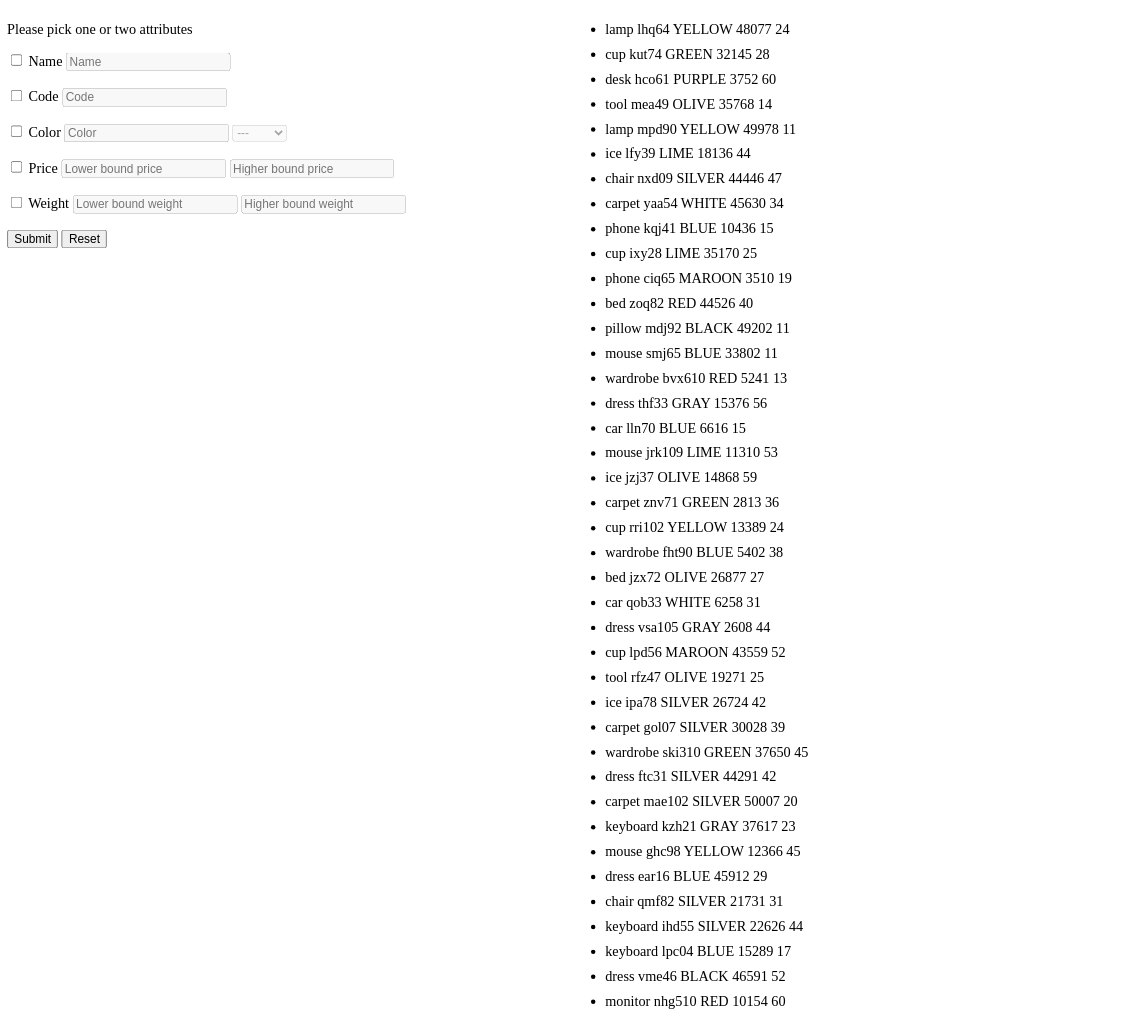
Repository: ISIT207-4-A/A1_C3_1
Page: home.html
These files come from the project's save history. The page is drawn as it stood at one moment and after the next save; the edit follows.
The browser window is 1280 px wide. The pictures show the whole page, at 89% of full size.

Above is the page before, as saved 2020-09-02 20:19:28.

After the next save:
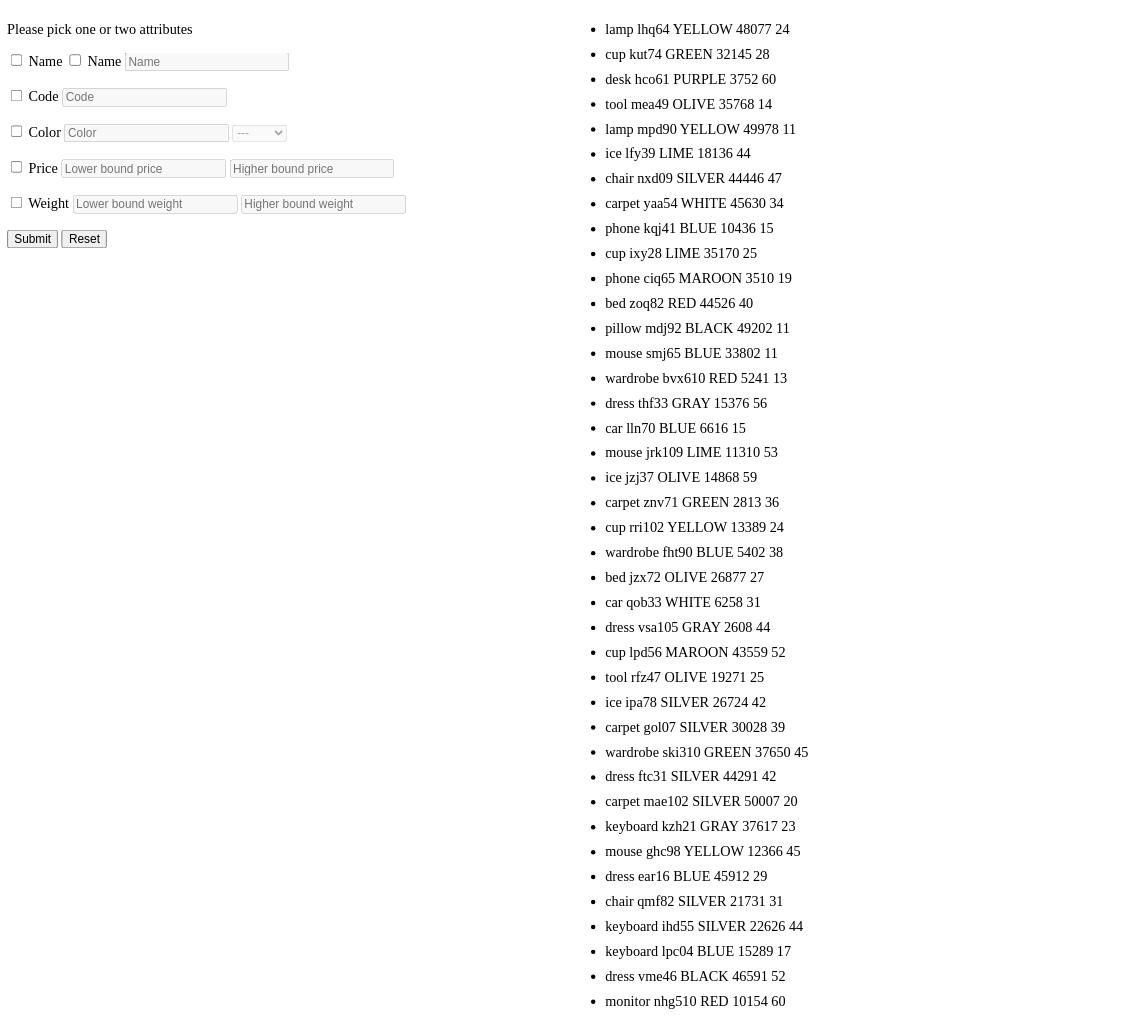
Saved 92 s later.
--- a/home.html
+++ b/home.html
@@ -34,6 +34,8 @@
     <div id="wrapper">
         <div class="half">
             <p>Please pick one or two attributes</p>
+
+            <span><label><input type="checkbox" name="general-search" onchange="generalSearch(this)" value="general"> Name</label></span>
 
             <span><label><input type="checkbox" name="attribute" onchange="checkLimit(this)" value="name"> Name</label></span>
 
